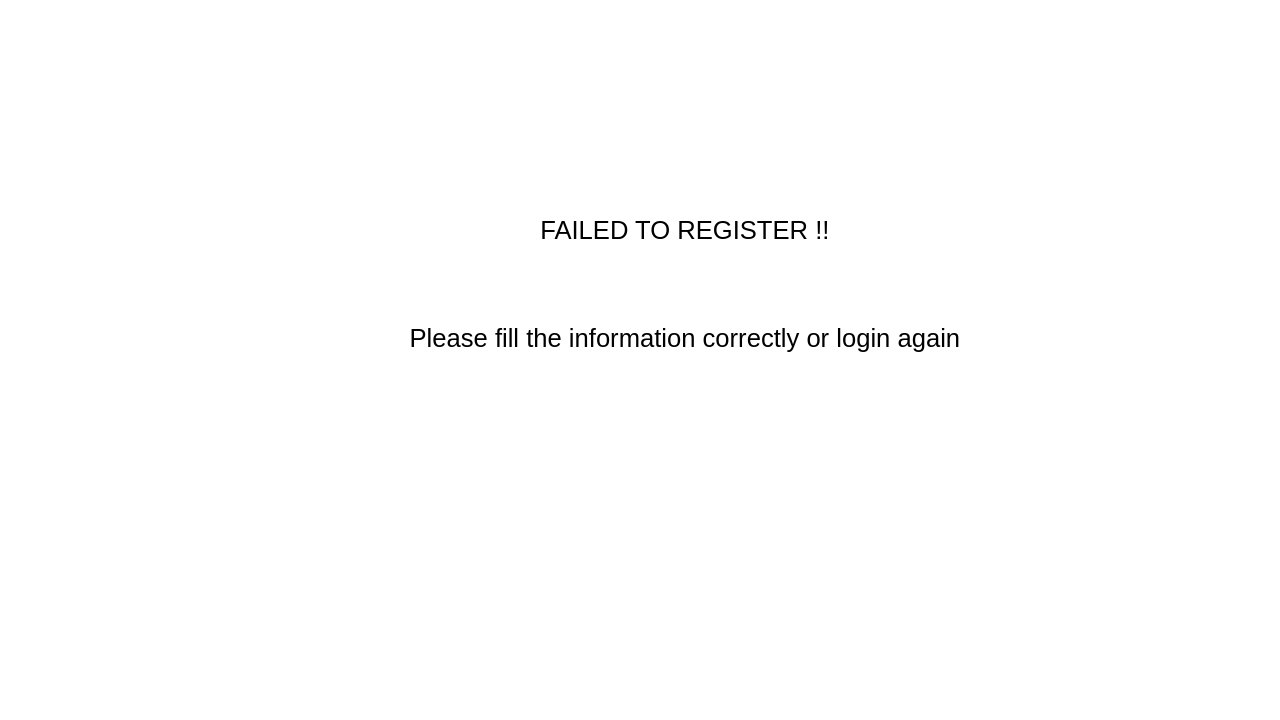
Repository: anujs099/bankingapp
Page: banking-application-final/WebContent/FaliureRegister.html
The author's editor kept a copy of each file at every save. The page is drawn from the files as they stood at one save, then again after the next save.
The browser window is 1280 px wide. The pictures show the whole page.
Some web fonts or font styles are not loaded; a fallback is used.

Above is the page before, as saved 2021-03-07 15:35:15.

After the next save:
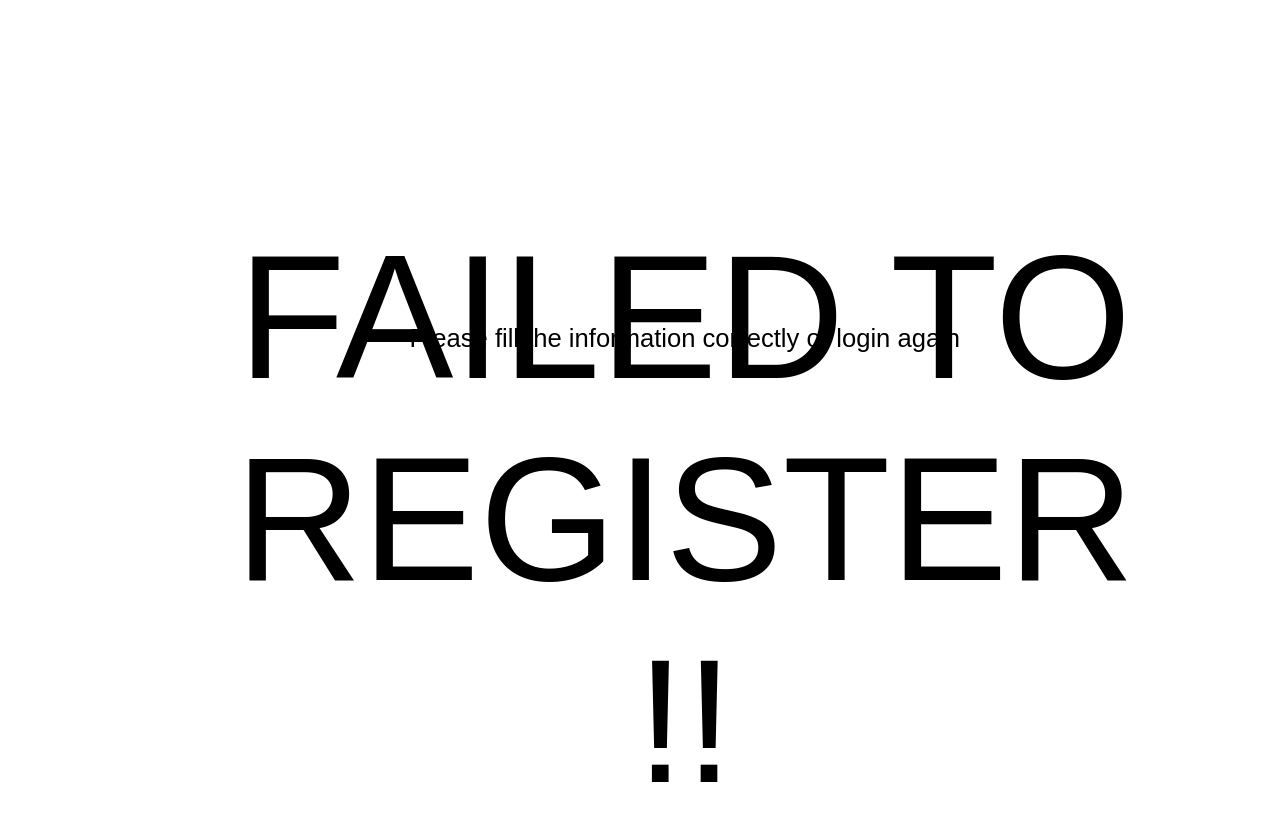
Saved 96 s later.
--- a/banking-application-final/WebContent/error.css
+++ b/banking-application-final/WebContent/error.css
@@ -18,7 +18,7 @@ background-color:purple;
   .failure{
    text-align: center;
     font-family: 'Nunito Sans', sans-serif;
-    font-size: 1.6rem;
+    font-size: 11rem;
     position:absolute;
   	left:16%;
   	top:30%;
